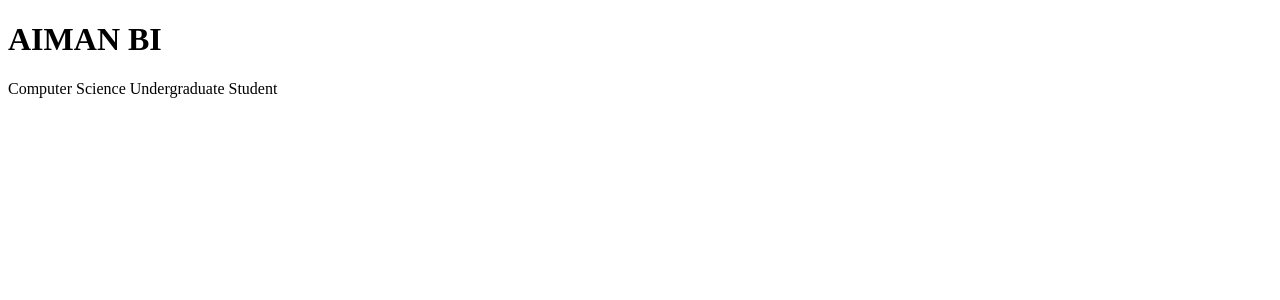
Repository: aimanbasri/Web-Development-Bootcamp
Page: HTML - Personal Site/index.html
An editor plug-in stored every save of this project. The page is shown before and after a run of saves, followed by the edit.
The browser window is 1280 px wide. The pictures show the whole page.

Above is the page before, as saved 2019-12-29 00:56:36.

After the next 2 saves:
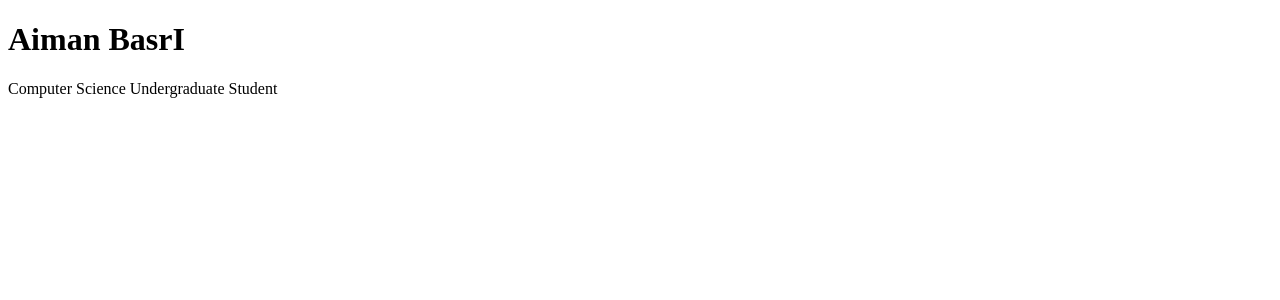
The 2 saves are shown as one change because they came seconds apart.
The last was saved 8 s later.
--- a/HTML - Personal Site/index.html
+++ b/HTML - Personal Site/index.html
@@ -7,7 +7,7 @@
     <title>🗲Aiman's Personal Site</title>
 </head>
 <body>
-    <h1> AIMAN BI </h1>
+    <h1> Aiman BasrI </h1>
     <p> Computer Science Undergraduate Student</p>
 </body>
 </html>
